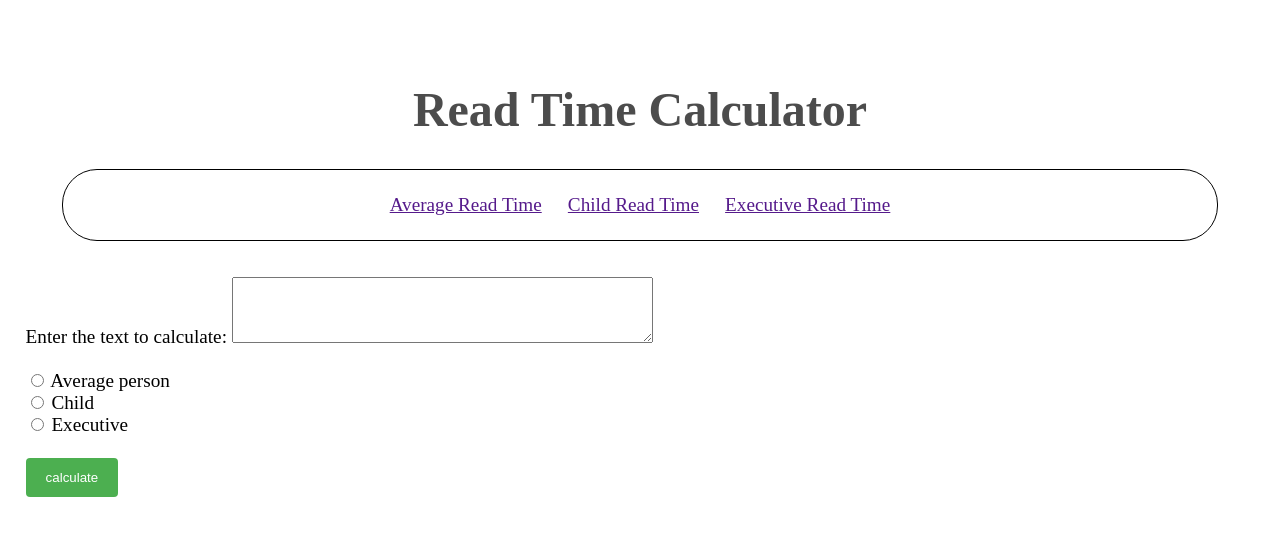
Repository: Full-Creative/Projects
Page: ReadTimeCalculator/src/main/webapp/index.html
These files come from the project's save history. The page is drawn as it stood at one moment and after the next save; the edit follows.
The browser window is 1280 px wide. The pictures show the whole page.

Above is the page before, as saved 2020-11-19 10:26:55.

### ReadTimeCalculator/src/main/webapp/index.html
<!DOCTYPE html>
<html xmlns="http://www.w3.org/1999/xhtml" lang="en">
<head>
<meta http-equiv="content-type"
	content="application/xhtml+xml; charset=UTF-8" />
<title>Read Time Calculator</title>
<link rel="stylesheet" href="mystyle.css">

</head>
<body>

	<header>
		<h1>Read Time Calculator</h1>
		<nav>
			<a href="">Average Read Time</a> <a href="">Child Read Time</a> <a
				href="">Executive Read Time</a>
		</nav>
	</header>
	<section class="userInput">
		<!--  <form action="/result" method="post" id="calculator">-->
		<label for="data">Enter the text to calculate:</label>
		<textarea id="data" name="data" rows="4" cols="50"></textarea>
		<br>
		<br> <input type="radio" id="average" name="type" value="average">
		<label for="type">Average person</label><br> <input type="radio"
			id="child" name="type" value="child"> <label for="type">Child</label><br>
		<input type="radio" id="executive" name="type" value="executive">
		<label for="type">Executive</label> <br>
		<br> <input type="submit" value="calculate" id="calculate">
		<br>
		<br>
		<div id="readTime"></div>
		<!-- </form>-->
	</section>
	<!--   <script src="http://code.jquery.com/jquery-latest.min.js"></script>-->
	<script src="script.js"></script>
</body>

</html>

### ReadTimeCalculator/src/main/webapp/mystyle.css
body {
	margin: 1%;
	padding: 1%;
	font-size: 100%;
}

header, footer {
	padding: 1%;
	margin: 1%;
}

header h1 {
	font-size: 3rem;
	color: rgba(0, 0, 0, .7);
	text-align: center;
}

nav {
	display: block;
	background-color: white;
	border: 1px solid black;
	text-align: center;
	border-radius: 35px;
	text-decoration: none;
	padding: 2%;
	margin: 1%;
}

nav a {
	padding: 1%;
	font-size: 1.2em;
}

.userInput {
	font-size: 1.2em;
}

.userInput a {
	padding: 1%;
}
.userInput #calculate {
  background-color: #4CAF50;
  color: white;
  padding: 12px 20px;
  border: none;
  border-radius: 4px;
  cursor: pointer;
  float: left;
}

### ReadTimeCalculator/src/main/webapp/script.js
var element = document.querySelector('#calculate');

element.addEventListener("click", function() {
	onChangeSubmitCallWebServiceAJAX();
});
function onChangeSubmitCallWebServiceAJAX() {
	var data = document.getElementById("data").value;
	var type = document.querySelector('input[name="type"]:checked').value;
	xhr = new XMLHttpRequest();
	xhr.open('POST', 'time');
	xhr.setRequestHeader('Content-Type', 'application/json');
	xhr.onload = function() {
		if (xhr.status === 200 && xhr.readyState == 4) {
			document.getElementById('readTime').innerHTML = 'The read time of ' + JSON.parse(xhr.responseText).type + ' is ' + JSON.parse(xhr.responseText).minutes + ' minutes';
		}
		else if (xhr.status !== 200) {
			alert('Request failed.  Returned status of ' + xhr.status);
		}
	};

	xhr.send(JSON.stringify({
		text: data,
		type: type
	}));

}

After the next save:
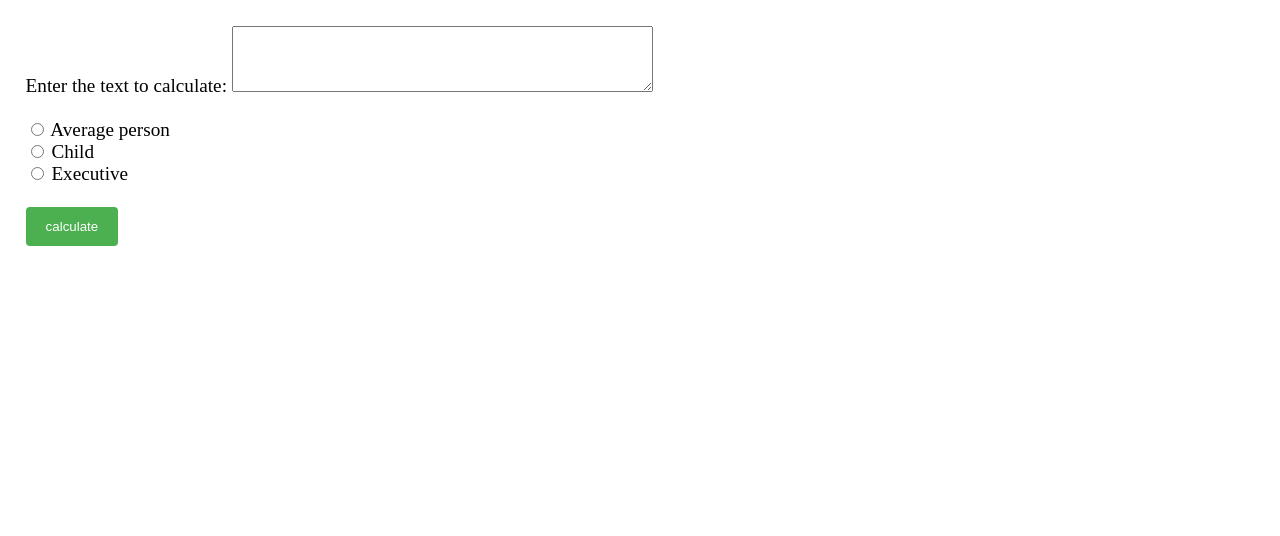
Saved 8 s later.
--- a/ReadTimeCalculator/src/main/webapp/index.html
+++ b/ReadTimeCalculator/src/main/webapp/index.html
@@ -9,13 +9,13 @@
 </head>
 <body>
 
-	<header>
+<!-- 	<header>
 		<h1>Read Time Calculator</h1>
 		<nav>
 			<a href="">Average Read Time</a> <a href="">Child Read Time</a> <a
 				href="">Executive Read Time</a>
 		</nav>
-	</header>
+	</header>-->
 	<section class="userInput">
 		<!--  <form action="/result" method="post" id="calculator">-->
 		<label for="data">Enter the text to calculate:</label>
